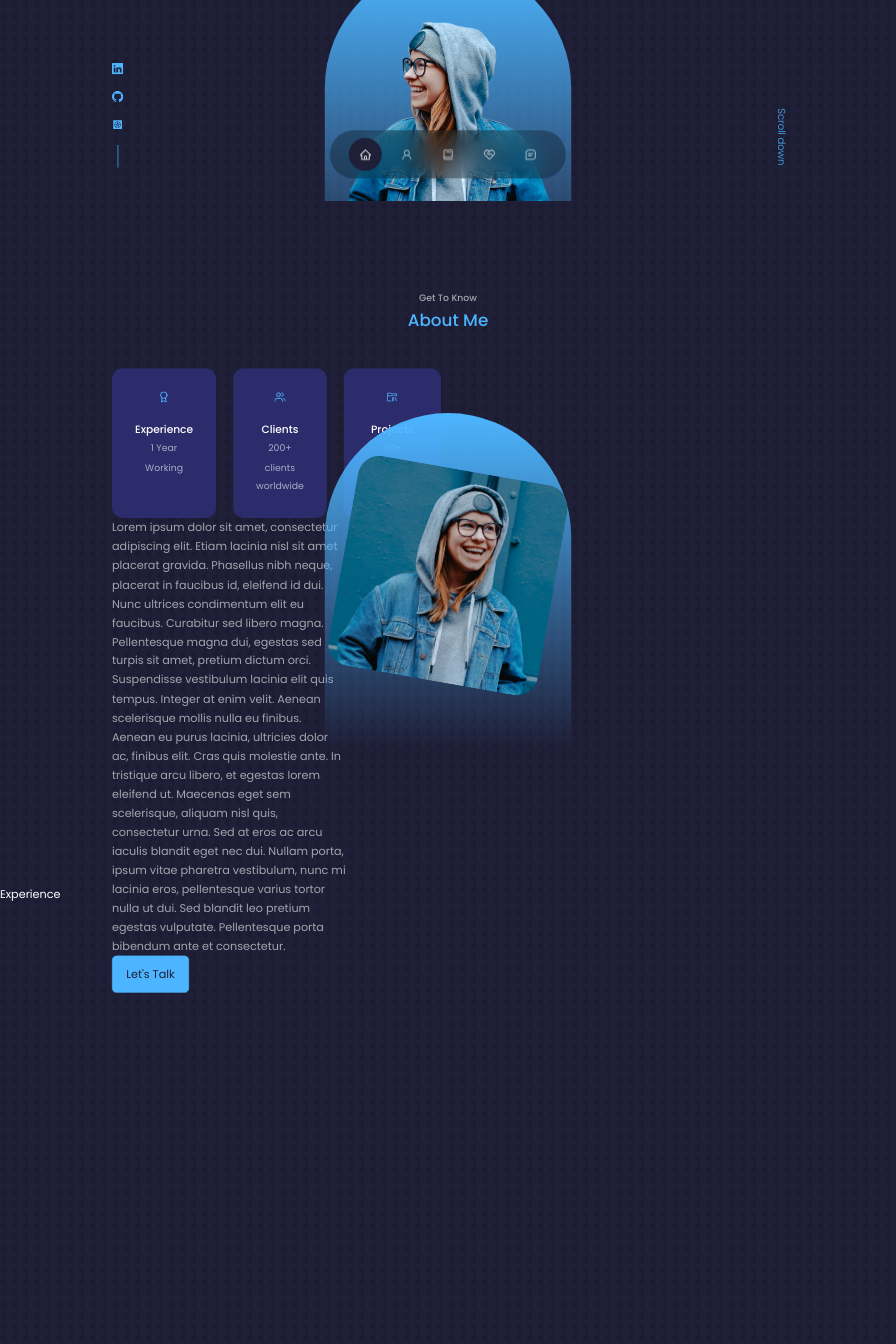
Repository: smallchungus/resumeWebsite
Page: / (app in hello/)
An editor plug-in stored every save of this project. The page is shown before and after the next save, followed by the edit.
The browser window is 1280 px wide. The pictures show the part of the page from y = 433 to 2353 px (the page is 5835 px tall), at 70% of full size.
The project was rebuilt for these pictures with package versions that can differ from the ones it lists, and the page was loaded fresh each time. Also part of the build but not shown: hello/src/components/experience/experience.css, hello/src/components/portfolio/portfolio.css, hello/src/components/contact/contact.css, hello/src/components/footer/footer.css. Imported but missing from the stored project, and not drawn on this page: hello/src/assets/cv.pdf.

Above is the page before, as saved 2023-03-23 18:28:58.

### hello/public/index.html
<!DOCTYPE html>
<html lang="en">

<head>
    <meta charset="UTF-8">
    <meta http-equiv="X-UA-Compatible" content="IE=edge">
    <meta name="viewport" content="width-device-width, initial-scale=1.0">
    <title>Resume Portfolio Website</title>
</head>
<body>
    <div id="root"></div>
</body>
</html>

### hello/src/App.jsx
import React from 'react'
import Header from './components/header/Header'
import Nav from './components/nav/Nav'
import About from './components/about/About'
import Experience from './components/experience/Experience'
import Services from './components/services/Services'
import Portfolio from './components/portfolio/Portfolio'
import Testimonial from './components/testimonial/Testimonial'
import Contact from './components/contact/Contact'
import Footer from './components/footer/Footer'

const App = () => {
  return (
    <>
    <Header />
    <Nav />
    <About />
    <Experience />
    <Services />
    <Portfolio />
    <Testimonial />
    <Contact />
    <Footer />
    </>
  )
}

export default App

### hello/src/index.css
@import url('https://fonts.googleapis.com/css2?family=Poppins:wght@300;400;500;600&display=swap');

*{
    margin: 0;
    padding: 0;
    border :0;
    outline: 0;
    box-sizing: border-box;
    list-style: none;
    text-decoration: none;

}

:root {
    --color-bg: #1f1f38;
    --color-bg-variant: #2c2c6c;
    --color-primary: #4db5ff;
    --color-primary-variant: rgba(77, 181, 255, 0.4);
    --color-white: #fff;
    --color-light: rgba(255,255,255,0.6);

    --transition: all 400ms ease;

    --container-width-lg: 75%;
    --container-width-md: 86%;
    --container-width-sm: 90%;

}

html{
    scroll-behavior: smooth;
}

body{
    font-family: 'Poppins', sans-serif;
    background: var(--color-bg);
    color: var(--color-white);
    line-height: 1.7;
    background-image: url(../src/assets/bg-texture.png)
}

/* ======================= General Styles =================*/

.container{
    width: var(--container-width-lg);
    margin: 0 auto;
}

h1,h2,h3,h4,h5{
    font-weight: 500;
}

h1{
    font-size:2.5rem;

}

section {
    margin-top: 8rem;
    height: 100vh;
}

section > h2, section > h5 {
    text-align: center;
    color: var(--color-light);
}

section > h2 {
    color: var(--color-primary);
    margin-bottom: 3rem;
}

.text-light{
    color:var(--color-light);
}

a{
    color: var(--color-primary);
    transition: var(--transition);
}

a:hover{
    color: var(--color-white);
}

.btn{
    width: max-content;
    display: inline-block;
    color: var(--color-primary);
    padding: 0.75rem 1.2rem;
    border-radius: 0.4rem;
    cursor: pointer;
    border: 1px solid var(--color-primary);
    transition: var( --transition );
}

.btn:hover{
    background: var(--color-white);
    color: var(--color-bg);
    border-color: transparent;
}

.btn-primary{
    background: var(--color-primary);
    color: var(--color-bg);
}

img{
    display: block;
    width: 100%;
    object-fit: cover;
}


/*==================Media Queries (Medium Devices ) ============= */
@media screen and (max-width: 1024px) {
    .container{
        width: var(--container-width-md);
    }

    section{
        margin-top: 6rem;
    }
}

/*==================Media Queries (Small Devices ) ============= */
@media screen and (max-width: 600px) {
    .container{
        width: var(--container-width-sm);
    }

    section > h2{
        margin-top: 2rem;
    }
}

### hello/src/components/header/Header.jsx
import React from 'react'
import './header.css'
import CTA from './CTA'
import ME from '../../assets/me.png'
import HeaderSocials from './HeaderSocials'
const Header = () => {
  return (
    <header>
      <div className="container header_container">
        <h5>Hello I'm</h5>
        <h1>William Chen</h1>
        <h5 className='text-light'>Fullstack Developer</h5>
        <CTA />
        <HeaderSocials/>

        <div className="me">
          <img src={ME} alt="me" />
        </div>

        <a href='#contact' className='scroll_down'>Scroll down</a>
      </div>
    </header>
  )
}

export default Header

### hello/src/components/nav/Nav.jsx
import React from 'react'
import './nav.css'
import {AiOutlineHome} from 'react-icons/ai'
import {AiOutlineUser}  from 'react-icons/ai'
import {BiBook} from 'react-icons/bi'
import {RiServiceLine} from 'react-icons/ri'
import {BiMessageSquareDetail} from 'react-icons/bi'
import {useState} from 'react'

const Nav = () => {
  const[activeNav, setActiveNav] = useState('#');
  return (
    <nav>
      <a href="#" onClick={() => setActiveNav('#')} className={activeNav === '#' ? 'active' : ''}><AiOutlineHome/></a>
      <a href="#about" onClick={() => setActiveNav('#about')} className={activeNav === '#about' ? 'active' : ''}><AiOutlineUser/></a>
      <a href="#experience" onClick={() => setActiveNav('#experience')} className={activeNav === '#experience' ? 'active' : ''}><BiBook/></a>
      <a href="#services" onClick={() => setActiveNav('#services')} className={activeNav === '#services' ? 'active' : ''}><RiServiceLine/></a>
      <a href="#contact" onClick={() => setActiveNav('#contact')} className={activeNav === '#contact' ? 'active' : ''}><BiMessageSquareDetail/></a>
    </nav>
  )
}

export default Nav

### hello/src/components/about/About.jsx
import React from 'react'
import './about.css'
import ME from '../../assets/me-about.jpg'
import {FiAward} from 'react-icons/fi'
import {FiUsers} from 'react-icons/fi'
import {VscFolderLibrary} from 'react-icons/vsc'

const About = () => {
  return (
    <section id='about'>
      <h5>Get To Know </h5>
      <h2>About Me</h2>

      <div className="container about_container">
        <div className="about me" >
          <div className="about_me-image">
          <img src={ME} alt="About Image" />
          </div>
        </div>

        <div className="about_content">
          <div className="about_cards">
            <article className="about_card">
              <FiAward className='about_icon'/>
              <h5>Experience</h5>
              <small>1 Year Working</small>
            </article>
            <article className="about_card">
              <FiUsers className='about_icon'/>
              <h5>Clients</h5>
              <small>200+ clients worldwide</small>
            </article>
            <article className="about_card">
              <VscFolderLibrary className='about_icon'/>
              <h5>Projects</h5>
              <small>80+ completed</small>
            </article>
          </div>
          <p>
          Lorem ipsum dolor sit amet, consectetur adipiscing elit. Etiam lacinia nisl sit amet placerat gravida. Phasellus nibh neque, placerat in faucibus
          id, eleifend id dui. Nunc ultrices condimentum elit eu faucibus. Curabitur sed libero magna. Pellentesque magna dui, egestas sed turpis
          sit amet, pretium dictum orci. Suspendisse vestibulum lacinia elit quis tempus. Integer at enim velit. Aenean scelerisque mollis nulla eu finibus. Aenean eu purus lacinia, ultricies dolor ac, finibus elit.
          Cras quis molestie ante. In tristique arcu libero, et egestas lorem eleifend ut. Maecenas eget sem scelerisque, aliquam nisl quis, consectetur urna. Sed at eros ac arcu iaculis blandit eget nec dui. Nullam porta,
          ipsum vitae pharetra vestibulum, nunc mi lacinia eros, pellentesque varius tortor nulla ut dui. Sed blandit leo pretium egestas vulputate. Pellentesque porta bibendum ante et consectetur.
          </p>
          <a href="#contact" className='btn btn-primary'>Let's Talk</a>

        </div>
      </div>
    </section>
  )
}

export default About

### hello/src/components/experience/Experience.jsx
import React from 'react'
import './experience.css'
const Experience = () => {
  return (
    <section id='experience'>Experience</section>
  )
}

export default Experience

### hello/src/components/portfolio/Portfolio.jsx
import React from 'react'
import './portfolio.css'


const Portfolio = () => {
  return (
    < section id='portfolio'>Portfolio</section>
  )
}

export default Portfolio

### hello/src/components/testimonial/Testimonial.jsx
import React from 'react'
import './testimonial.css'
const Testimonial = () => {
  return (
    <section id='testimonials'>Testimonial</section>
  )
}

export default Testimonial

### hello/src/components/contact/Contact.jsx
import React from 'react'
import './contact.css'
const Contact = () => {
  return (
    <section id='contact'>Contact</section>
  )
}

export default Contact

### hello/src/components/header/header.css
header {
    height: 100vh;
    padding-top: 7rem;
    overflow: hidden;
}

.header_container{
    text-align: center;
    height: 100%;
    position: relative;
}

/*========================= CTA ======================= */
.cta {
    margin-top: 2.5rem;
    display: flex;
    gap: 1.2rem;
    justify-content: center;

}

/* ======================= Header Socials ==================== */
.header_socials {
    display: flex;
    flex-direction: column;
    align-items: center;
    gap: 0.8rem;
    position: absolute;
    left: 0;
    bottom: 3rem;

}

.header_socials::after{
    content: '';
    width: 1px;
    height: 2rem;
    background: var(--color-primary);
}

/* ===================== ME ==================*/

.me{
    background: linear-gradient(var(--color-primary), transparent);
    width: 22rem;
    height: 30rem;
    position: absolute;
    left: calc(50% - 11rem);
    margin-top: 4rem;
    border-radius: 12rem 12rem 0 0;
    overflow: hidden;
    padding: 5rem 1.5rem 1.5rem 1.5rem;

}

.scroll_down {
    position: absolute;
    right: -2.3rem;
    bottom: 5rem;
    transform: rotate(90deg);
    font-weight: 300;
    font-size: 0.9rem;
}

@media screen and (max-width: 600px) {
    header {
        height: 100vh;
    }
}

@media screen and (max-width: 600px)
{
    header {
        height: 100vh;
    }

    .header_socials, .scroll_down{
        display: none;
    }
}

### hello/src/components/header/CTA.jsx
import React from 'react'
import CV from '../../assets/cv.pdf'
const CTA = () => {
  return (
    <div className ='cta'>
        <a href={CV} download className='btn'>Download CV</a>
        <a href="#contact" className='btn btn-primary'>Let's Talk</a>
    </div>
  )
}

export default CTA

### hello/src/components/header/HeaderSocials.jsx
import React from 'react'
import {BsLinkedin} from 'react-icons/bs'
import {BsGithub} from 'react-icons/bs'
import {AiFillDribbbleSquare} from 'react-icons/ai'
const HeaderSocials = () => {
  return (
    <div className='header_socials'>
        <a href="https://linkedin.com/willchenn" target="_blank"><BsLinkedin></BsLinkedin></a>
        <a href="https://github.com/smallchungus" target="_blank"><BsGithub></BsGithub></a>
        <a href="https://dribble.com/" target="_blank"><AiFillDribbbleSquare></AiFillDribbbleSquare></a>
        </div>
  )
}

export default HeaderSocials

### hello/src/components/nav/nav.css
nav {
    background: rgba(0, 0, 0, 0.3);
    width: max-content;
    display: block;
    padding: 0.7rem 1.7rem;
    z-index: 2;
    position: fixed;
    left: 50%;
    transform: translateX(-50%);
    bottom: 2rem;
    display: flex;
    gap: 0.8rem;
    border-radius: 3rem;
    backdrop-filter: blur(15px);
}

nav a{
    background: transparent;
    padding: 0.9rem;
    border-radius: 50%;
    display: flex;
    color: var(--color-light);
    font-size: 1.1rem;
}

nav a:hover{
    background: rgba(0,0,0,0.3);
}

nav a.active {
    background: var(--color-bg);
    color: var(--color-white);
}

### hello/src/components/about/about.css
.about_container {
    display: grid;
    grid-template-columns: 35% 50%;
    gap: 15%;
}

.about_me {
    width: 100%;
    aspect-ratio: 1/1;
    border-radius: 2rem;
    background: linear-gradient(
        45deg,
        transparent,
        var(--color-primary),
        transparent
    );
    display: grid;
    place-items: center;
}

.about_me-image{
    border-radius: 2rem;
    overflow: hidden;
    transform: rotate(10deg);
    transition: var(--transition);

}

.about_me-image:hover{
    transform: rotate(0);
}

.about_cards{
    display: grid;
    grid-template-columns: repeat(3, 1fr);
    gap: 1.5rem;
}

.about_card {
    background: var(--color-bg-variant);
    border: 1px solid transparent;
    border-radius: 1rem;
    padding: 2rem;
    text-align: center;
    transition: var(--transition);
}

.about_card:hover {
    background: transparent;
    border-color: var(--color-primary-variant);
    cursor: default;
}

.about_icon {
    color: var(--color-primary);
    font-size: 1.4 rem;
    margin-bottom: 1rem;
}

.about_card h5 {
    font-size: 0.95rem;
}

.about_card small {
    font-size: 0.7 rem;
    color: var(--color-light);
}

.about_content p {
    margin: 2rem 0 2.6 rem;
    color: var(--color-light);
}

@media screen and (max-width: 1024px) {
    .about_container {
        grid-template-columns: 1fr;
        gap: 0;
    }

    .about_me {
        width: 50%;
        margin: 2rem auto 4rem;
    }

    .about_content p{
        margin: 1rem 0 1.5rem;
    }
}

@media screen and (max-width: 600px )
{
    .about_me{
        width: 65%;
        margin: 0 auto 3rem;
    }
    .about_cards {
        grid-template-columns: 1fr 1fr;
        gap: 1rem;
    }
    .about_content {
        text-align: center;
    }
    .about_content p {
        margin: 1.5rem 0;
    }
}

Loaded but not shown: hello/src/index.js (common file); hello/src/components/services/Services.jsx (common file); hello/src/components/footer/Footer.jsx (common file); hello/src/components/services/services.css (no stored copy; drawn as an empty file); hello/src/components/testimonial/testimonial.css (no stored copy; drawn as an empty file)

After the next save:
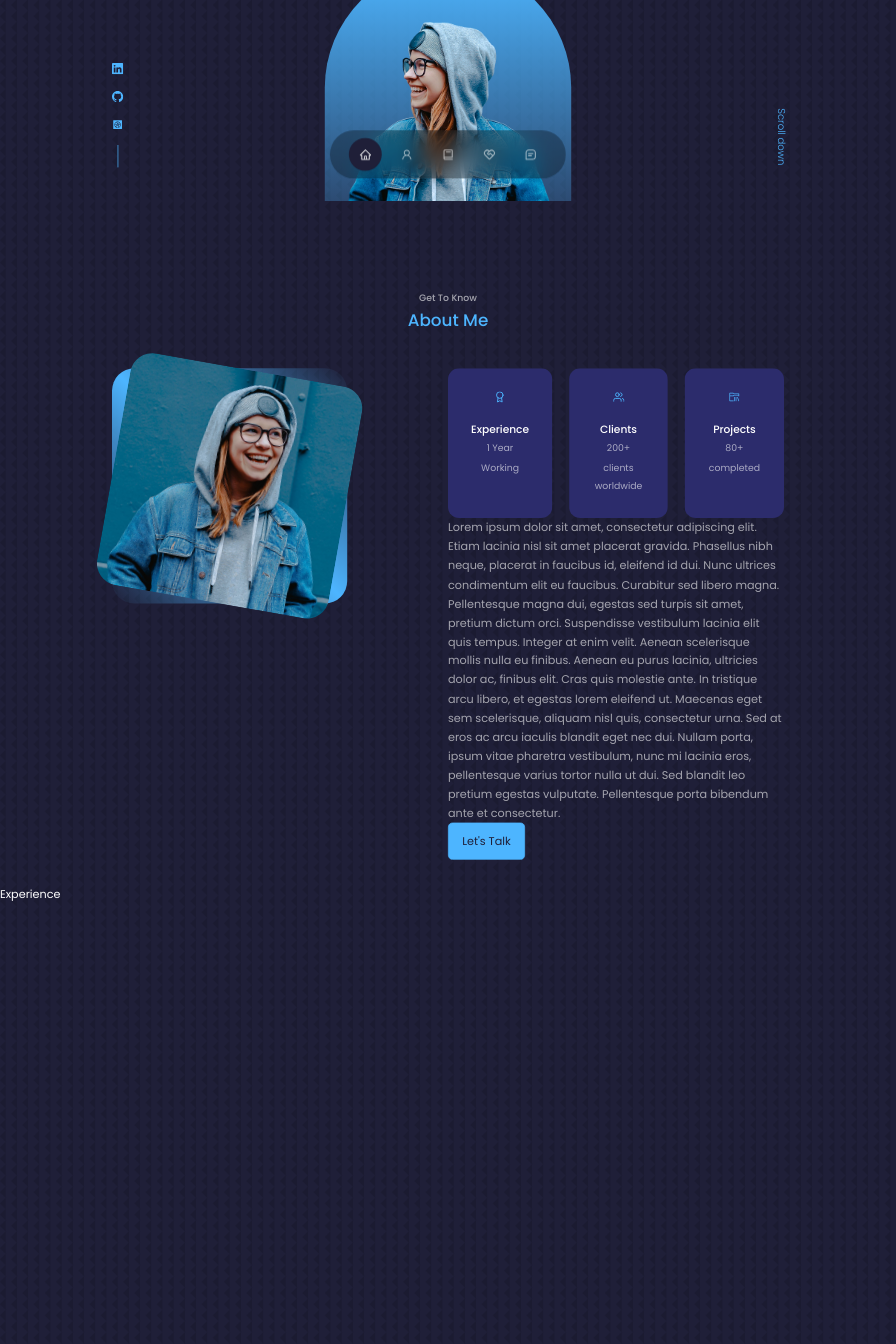
Saved 7 min 43 s later.
--- a/hello/src/components/about/About.jsx
+++ b/hello/src/components/about/About.jsx
@@ -12,7 +12,7 @@ const About = () => {
       <h2>About Me</h2>
 
       <div className="container about_container">
-        <div className="about me" >
+        <div className="about_me" >
           <div className="about_me-image">
           <img src={ME} alt="About Image" />
           </div>
